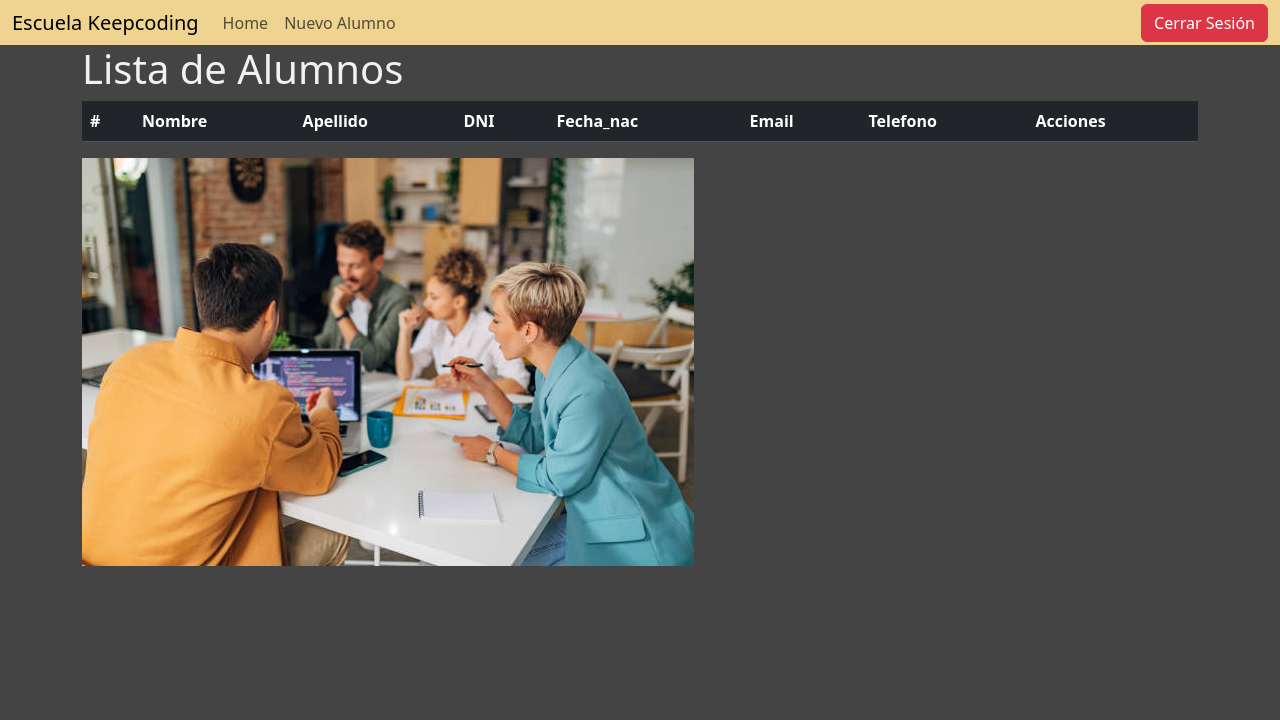
Repository: ChusmiPalos/EscuelaKeepcoding
Page: http://localhost/menu
An editor plug-in stored every save of this project. The page is shown before and after the next save, followed by the edit.
The browser window is 1280 px wide. The pictures show the whole page.
The page is this project's Thymeleaf template; nobody is signed in. The template is opened directly, without the code that normally fills it, so the values that code supplies are empty.

Above is the page before, as saved 2024-07-06 23:22:34.

### app-web-escuela/src/main/resources/templates/menu.html
<!DOCTYPE html>
<html xmlns:th="https://www.thymeleaf.org/">
<head th:include="fragments/cabecera :: cabecera"></head>
<body>
	<div th:include="fragments/menu_navegacion :: menu"></div>

	<div class="container">
		<div class="row">
			<h1>Lista de Alumnos</h1>
		</div>

		<table class="table table-striped">
			<thead class="table-dark">
				<tr>
					<th scope="col">#</th>
					<th scope="col">Nombre</th>
					<th scope="col">Apellido</th>
					<th scope="col">DNI</th>
					<th scope="col">Fecha_nac</th>
					<th scope="col">Email</th>
					<th scope="col">Telefono</th>
					<th scope="col">Acciones</th>
				</tr>
			</thead>
			<tbody>

				<tr th:each="alu: ${alumnos}">
					<td th:text="${alu.id}" scope="row"></td>
					<td th:text="${alu.nombre}"></td>
					<td th:text="${alu.apellido}"></td>
					<td th:text="${alu.dni}"></td>
					<td th:text="${alu.fecha_nac}"></td>
					<td th:text="${alu.email}"></td>
					<td th:text="${alu.telefono}"></td>
					<td><a class="btn btn-info"
						th:href=@{/alumno/editar/{id}(id=${alu.id})}>Editar</a> <a
						class="btn btn-danger"
						th:href=@{/alumno/delete/{id}(id=${alu.id})}
						onclick="return confirm('Estas seguro?');">Borrar</a></td>
				</tr>

			</tbody>
		</table>
		<img th:src="@{/images/alumnos.jpg}" alt="Cinque Terre" >
	</div>


	<script
		src="https://cdn.jsdelivr.net/npm/bootstrap@5.3.3/dist/js/bootstrap.bundle.min.js"
		integrity="sha384-YvpcrYf0tY3lHB60NNkmXc5s9fDVZLESaAA55NDzOxhy9GkcIdslK1eN7N6jIeHz"
		crossorigin="anonymous"></script>
</body>
</html>

### app-web-escuela/src/main/resources/templates/fragments/cabecera.html
<!DOCTYPE html>
<html xmlns:th="http://www.thymeleaf.org">
<head th:fragment="cabecera">
    <meta charset="UTF-8">
    <meta name="viewport" content="width=device-width, initial-scale=1.0">
    <link rel="stylesheet" th:href="@{/css/style.css}">
    <link rel="icon" type="image/png" th:href="@{/images/icono.png}">
    <title>Escuela Keepcoding</title>
    <link
	href="https://cdn.jsdelivr.net/npm/bootstrap@5.3.3/dist/css/bootstrap.min.css"
	rel="stylesheet"
	integrity="sha384-QWTKZyjpPEjISv5WaRU9OFeRpok6YctnYmDr5pNlyT2bRjXh0JMhjY6hW+ALEwIH"
	crossorigin="anonymous">
</head>
<body>
</body>
</html>

### app-web-escuela/src/main/resources/templates/fragments/menu_navegacion.html
<!DOCTYPE html>
<html xmlns:th="http://www.thymeleaf.org">
<head>
    <title>Fragmentos</title>
</head>

<body>
    <div th:fragment="menu">
        <nav class="navbar navbar-expand-lg barra_navegacion">
            <div class="container-fluid">
                <a class="navbar-brand" th:href="@{/menu}">Escuela Keepcoding</a>
                <button class="navbar-toggler" type="button"
                    data-bs-toggle="collapse" data-bs-target="#navbarNav"
                    aria-controls="navbarNav" aria-expanded="false"
                    aria-label="Toggle navigation">
                    <span class="navbar-toggler-icon"></span>
                </button>
                <div class="collapse navbar-collapse" id="navbarNav">
                    <ul class="navbar-nav">
                        <li class="nav-item"><a class="nav-link"
                            aria-current="page" th:href="@{/menu}">Home</a></li>
                        <li class="nav-item"><a class="nav-link"
                            th:href="@{/alumno/new}">Nuevo Alumno</a></li>
                    </ul>
                </div>
                <a class="btn btn-danger" href="/login">Cerrar Sesión</a>
            </div>
        </nav>
    </div>
</body>
</html>

### app-web-escuela/src/main/resources/static/css/style.css
.barra_navegacion {
	background-color: #eed490;
	height: 45px;
}

.navbar-brand {
	font-size:120%;
}

.nav-item:hover{
	font-size: 120%;
}

body {
	background-color: #444444!important;
	color: #f1f1f1!important;
}

After the next save:
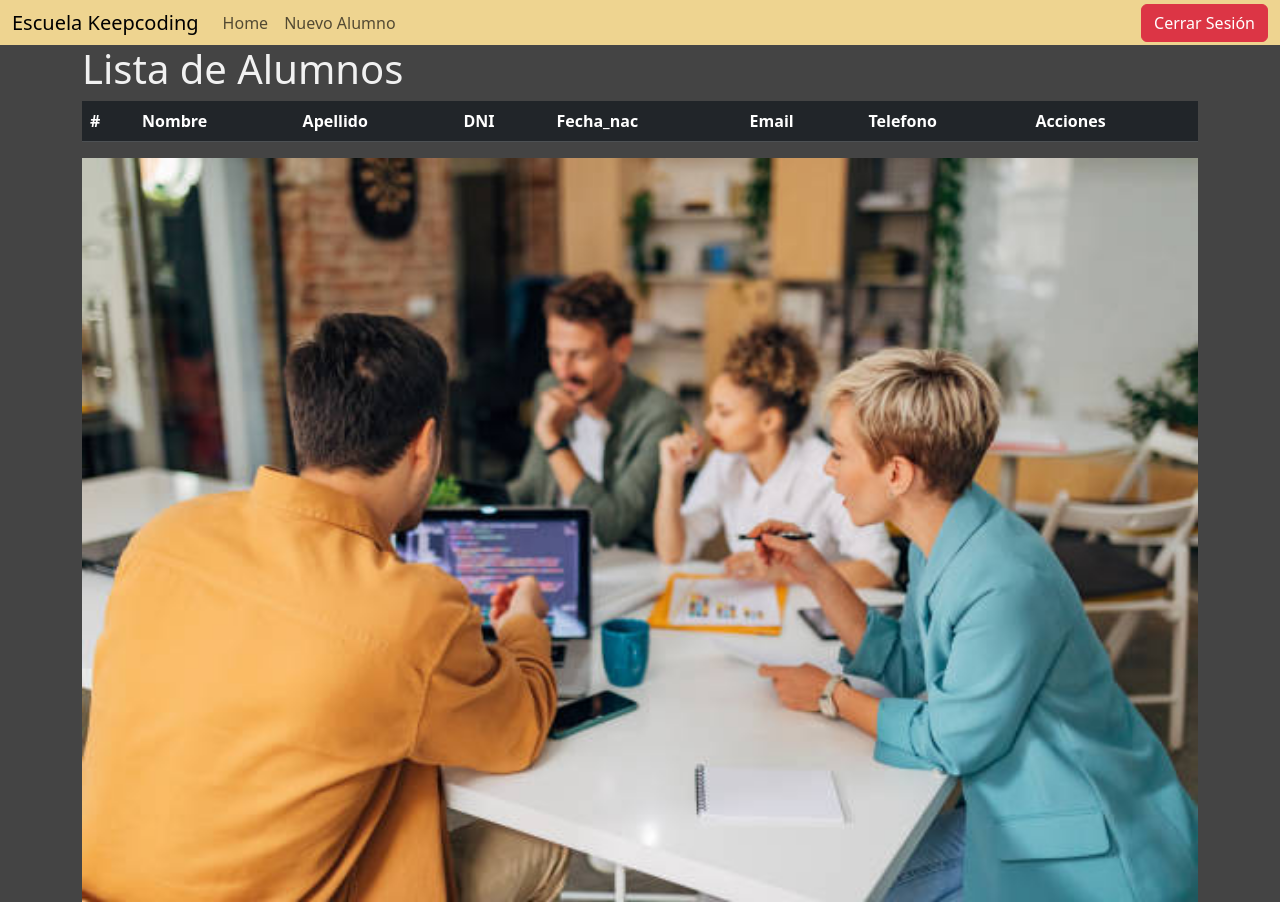
Saved 21 s later.
--- a/app-web-escuela/src/main/resources/templates/menu.html
+++ b/app-web-escuela/src/main/resources/templates/menu.html
@@ -41,7 +41,7 @@
 
 			</tbody>
 		</table>
-		<img th:src="@{/images/alumnos.jpg}" alt="Cinque Terre" >
+		<img th:src="@{/images/alumnos.jpg}" alt="Cinque Terre" width="100%">
 	</div>
 
 
